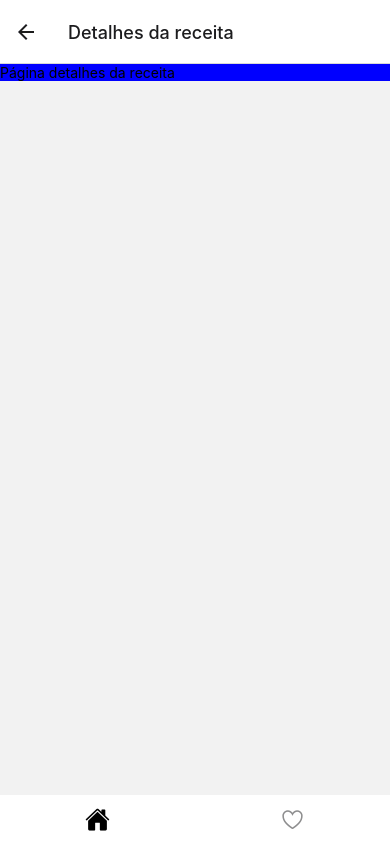
Repository: pheonix5/Receitas
Screen: /Detail
These files come from the project's save history. The screen is drawn as it stood at one moment and after the next save; the edit follows.
The page's requests for data from a server got no answer. The app was drawn by React Native's web renderer in a window 390 px wide. The project was rebuilt for these pictures with package versions that can differ from the ones it lists, and the page was loaded fresh each time. No one was signed in, and anything a server would have sent is missing. Also part of the build but not shown: src/components/foodlist/index.js, src/pages/search/index.js, src/pages/favorites/index.js.

Above is the screen before, as saved 2023-04-08 01:19:04.

### App.js
import { View, Text} from 'react-native';

import { NavigationContainer } from '@react-navigation/native';
import { Routes } from './src/routes'


export default function App(){
  return(
    <NavigationContainer>
      <Routes />
    </NavigationContainer>

  )
}

### src/routes/index.js
import { createBottomTabNavigator } from '@react-navigation/bottom-tabs'

import StackRoutes from './stackRoutes';
import Favorites from '../pages/favorites'

import { Ionicons } from '@expo/vector-icons'

const Tab = createBottomTabNavigator();

export function Routes(){
  return(
    <Tab.Navigator
      screenOptions={{
          headerShown: false,
          tabBarHideOnKeyboard: true,
          tabBarShowLabel: false,
          tabBarActiveTintColor: "#121212",

          tabBarStyle:{
              backgroundColor: "#FFF",
              borderTopWidth: 0
          }
      }}

    >

        <Tab.Screen
          name='HomeTab'
          component={StackRoutes}
          options={{
              tabBarIcon: ({ color, size, focused }) => {
                  if (focused){
                    return <Ionicons name='home' color="#000" size={size}/>
                  }

                  return <Ionicons name='home-outline' color={color} size={size}/>
              }
          }}
        />

        <Tab.Screen
          name='Favorites'
          component={Favorites}
          options={{
              tabBarIcon: ({ color, size, focused }) => {
                  if (focused){
                      return <Ionicons name='heart' color="#FF4141" size={size}/>
                  }

                  return <Ionicons name='heart-outline' color={color} size={size}/>
              }
          }}
        />

    </Tab.Navigator>
  )
}

### src/routes/stackRoutes.js
import { createNativeStackNavigator } from '@react-navigation/native-stack'

import Home from '../pages/home'
import Detail from '../pages/detail'
import Search from '../pages/search'

const Stack = createNativeStackNavigator();

export default function StackRoutes(){
  return(
    <Stack.Navigator>

      <Stack.Screen
        name='Home'
        component={Home}
        options={{
          headerShown: false,
        }}
      />

      <Stack.Screen
        name='Detail'
        component={Detail}
        options={{
          title: "Detalhes da receita"
        }}
      />

      <Stack.Screen
        name='Search'
        component={Search}
        options={{
          title: "Veja o que encontramos"
        }}
      />

    </Stack.Navigator>
  )
}

### src/pages/home/index.js
import React, { useState, useEffect } from 'react';
import {
  View,
  Text,
  StyleSheet,
  SafeAreaView,
  TextInput,
  TouchableOpacity,
  FlatList } from 'react-native'

import { Ionicons } from '@expo/vector-icons'

import Logo from '../../components/logo'
import api from '../../services/api'
import FoodList from '../../components/foodlist';

export default function Home(){
    const [inputValue, setInputValue] = useState("")
    const [foods, setFoods] = useState([]);

    function handleSearch(){

    }

    useEffect(() => {
     async function fetchApi(){
        const response = await api.get("/foods")
        setFoods(response.data);
      }

      fetchApi();
    }, [])

    return(
      <SafeAreaView style={styles.container}>
        <Logo/>
        <Text style={styles.title}>Encontre a receita</Text>
        <Text style={styles.title}>que combina com você</Text>

        <View style={styles.form}>
          <TextInput
              value={inputValue}
              onChangeText={ (text) => setInputValue(text)}
              placeholder="Digite o nome da camida.."
              style={styles.input}
          />

          <TouchableOpacity onPress={handleSearch}>
            <Ionicons name="search" size={28} color="#4CBE6C"/>
          </TouchableOpacity>
        </View>

        <FlatList
          data={foods}
          keyExtractor={ (item) => String(item.id)}
          renderItem={ ({ item }) => <FoodList data={item} /> }
          showsVerticalScrollIndicator={false}
        />

      </SafeAreaView>
    )
}

const styles = StyleSheet.create({
  container:{
    flex: 1,
    backgroundColor: '#f2f9ff',
    paddingTop: 36,
    paddingStart: 14,
    paddingEnd: 14
  },
  title:{
    fontSize: 26,
    fontWeight: 'bold',
    color: '#0e0e0e'
  },
  form:{
    backgroundColor: '#FFF',
    width: '100%',
    borderRadius: 8,
    marginTop: 16,
    marginBottom: 16,
    borderWidth: 1,
    borderColor: '#ECECEC',
    paddingLeft: 8,
    paddingRight: 8,
    flexDirection: "row",
    alignItems: 'center',
    justifyContent: 'space-between'
  },
  input:{
    width: '90%',
    maxWidth:'90%',
    height: 54,
  }
})

### src/pages/detail/index.js
import React, { useLayoutEffect} from "react";
import { View, Text, StyleSheet } from 'react-native'
import { useRoute, useNavigation } from '@react-navigation/native'


export default function Detail({  }){
    const route = useRoute();
    const navigation = useNavigation();

    useLayoutEffect(() => {

    }, [])

    return(
        <View style={styles.container}>
            <Text>Página detalhes da receita</Text>
            <Text>{route.params?.data.name}</Text>
        </View>
    )
}

const styles = StyleSheet.create({
    container:{
        backgroundColor: 'blue'
    }
})

### src/components/logo/index.js
import { View, Text, StyleSheet } from 'react-native'

export default function Logo(){
    return(
        <View style={styles.logoArea}>
            <Text style={styles.logo}>
                Receita fácil
            </Text>
        </View>
    )
}

const styles = StyleSheet.create({
    logoArea:{
        backgroundColor: '#4CBE6C',
        alignSelf: 'flex-start',
        padding: 8,
        paddingLeft: 16,
        paddingRight: 20,
        borderTopRightRadius: 8,
        borderBottomLeftRadius: 8,
        borderTopLeftRadius: 8,
        borderBottomRightRadius: 32,
        marginBottom: 8
    },
    logo:{
        fontSize: 18,
        fontWeight: 'bold',
        color: "#FFF",
    }
})

### src/services/api.js
import axios from 'axios';


/*
    // Rodar com IPV4: json-server --watch -d 180 --host 10.10.1.125 db.json

*/

const api = axios.create({
    baseURL: 'http://192.168.1.10:3000/'
})

export default api;

After the next save:
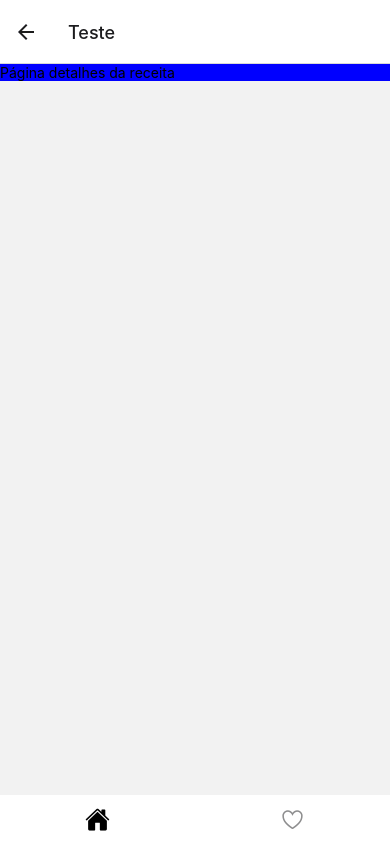
Saved 19 s later.
--- a/src/pages/detail/index.js
+++ b/src/pages/detail/index.js
@@ -8,7 +8,9 @@
     const navigation = useNavigation();
 
     useLayoutEffect(() => {
-
+      navigation.setOptions({
+        title: "Teste"
+      })
     }, [])
 
     return(

After the save that followed:
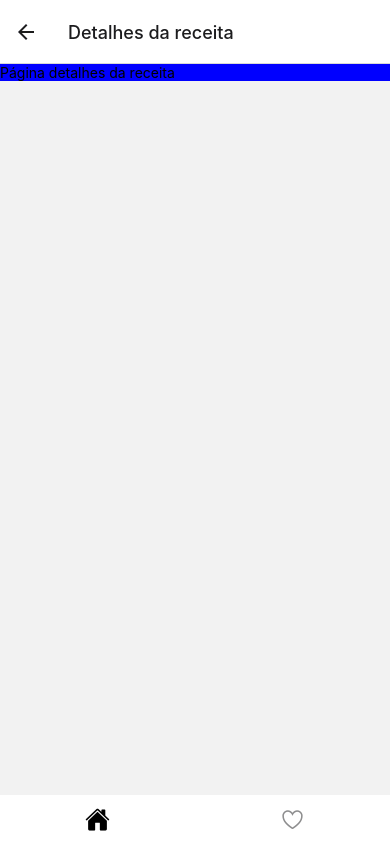
Saved 40 s later.
--- a/src/pages/detail/index.js
+++ b/src/pages/detail/index.js
@@ -9,7 +9,7 @@
 
     useLayoutEffect(() => {
       navigation.setOptions({
-        title: "Teste"
+        title: route.params?.data ? route.params?.data.name : "Detalhes da receita"
       })
     }, [])
 
